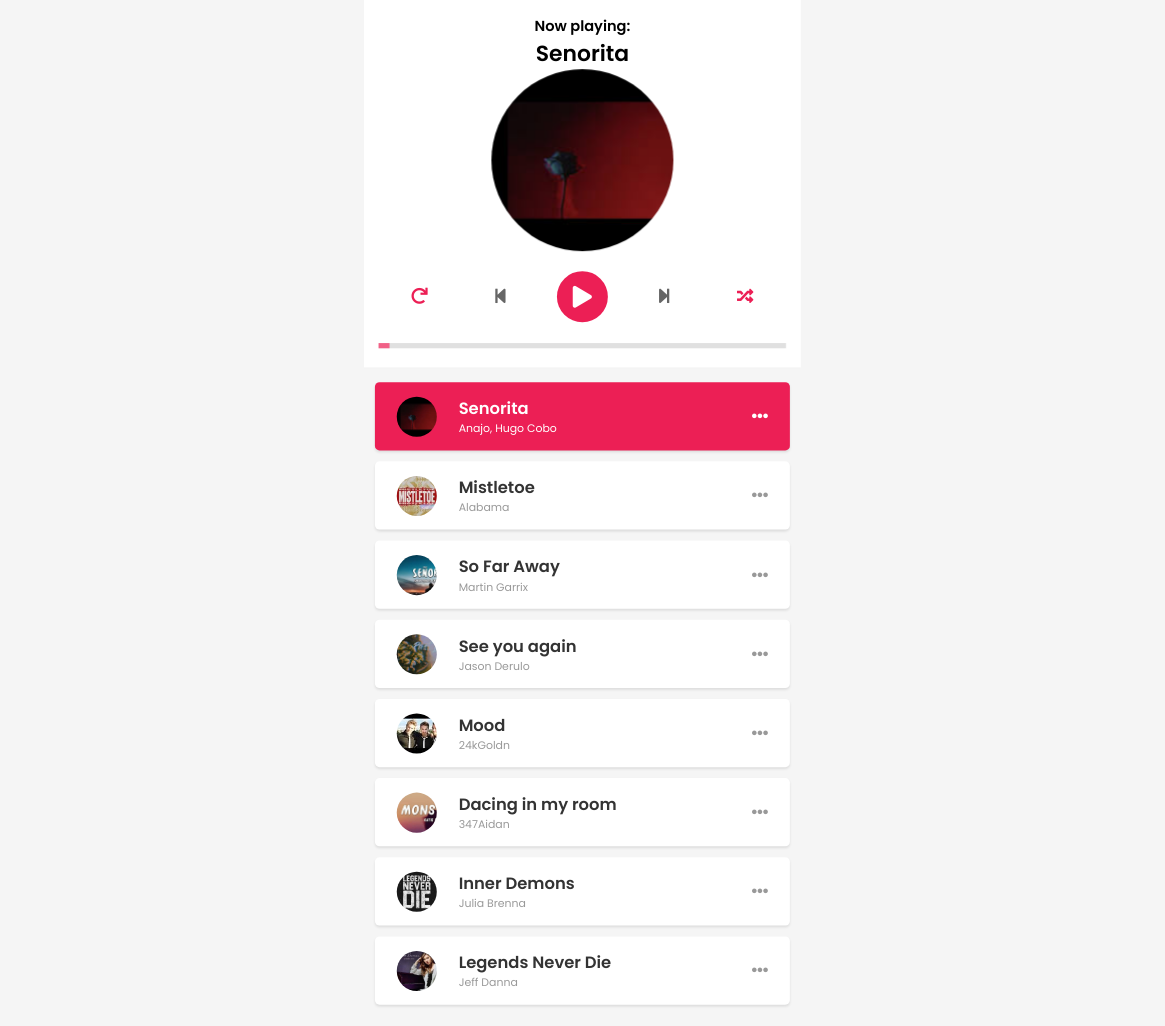
Repository: MinhNhatIT2901/Mp3-clon
Page: index.html
The author's editor kept a copy of each file at every save. The page is drawn from the files as they stood at one save, then again after the next save.
The browser window is 1280 px wide. The pictures show the whole page, at 91% of full size.

Above is the page before, as saved 2022-01-02 18:59:35.

After the next save:
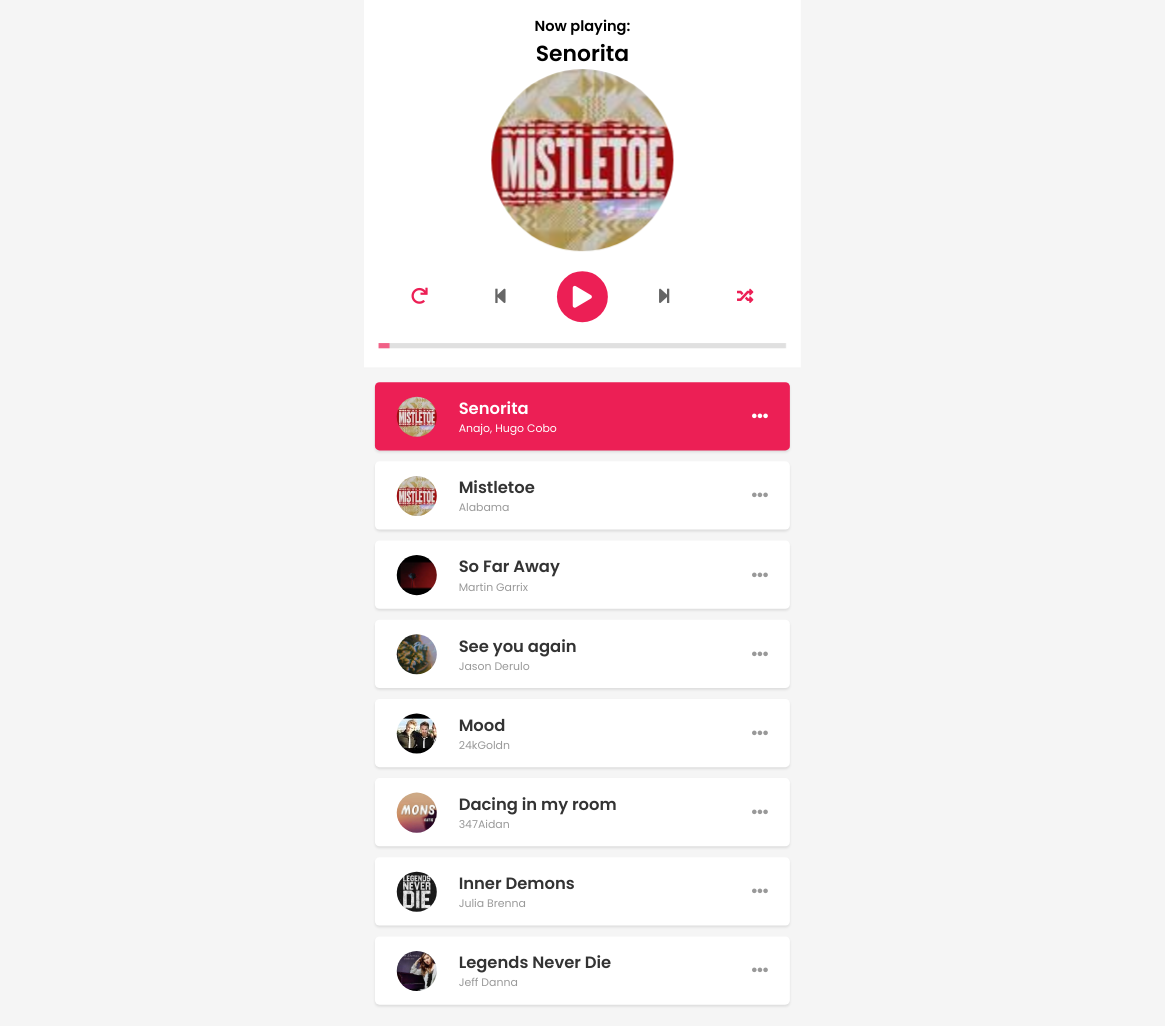
Saved 23 s later.
--- a/asset/css/app.js
+++ b/asset/css/app.js
@@ -28,7 +28,7 @@ const app = {
             name: 'Senorita',
             singer: 'Anajo, Hugo Cobo',
             path: './asset/music/music1.mp3',
-            image: './asset/img/img1.jpg'
+            image: './asset/img/img3.jpg'
         },
         {
             name: 'Mistletoe',
@@ -40,7 +40,7 @@ const app = {
             name: 'So Far Away',
             singer: 'Martin Garrix',
             path: './asset/music/music3.mp3',
-            image: './asset/img/img2.jpg'
+            image: './asset/img/img1.jpg'
         },
         {
             name: 'See you again',
